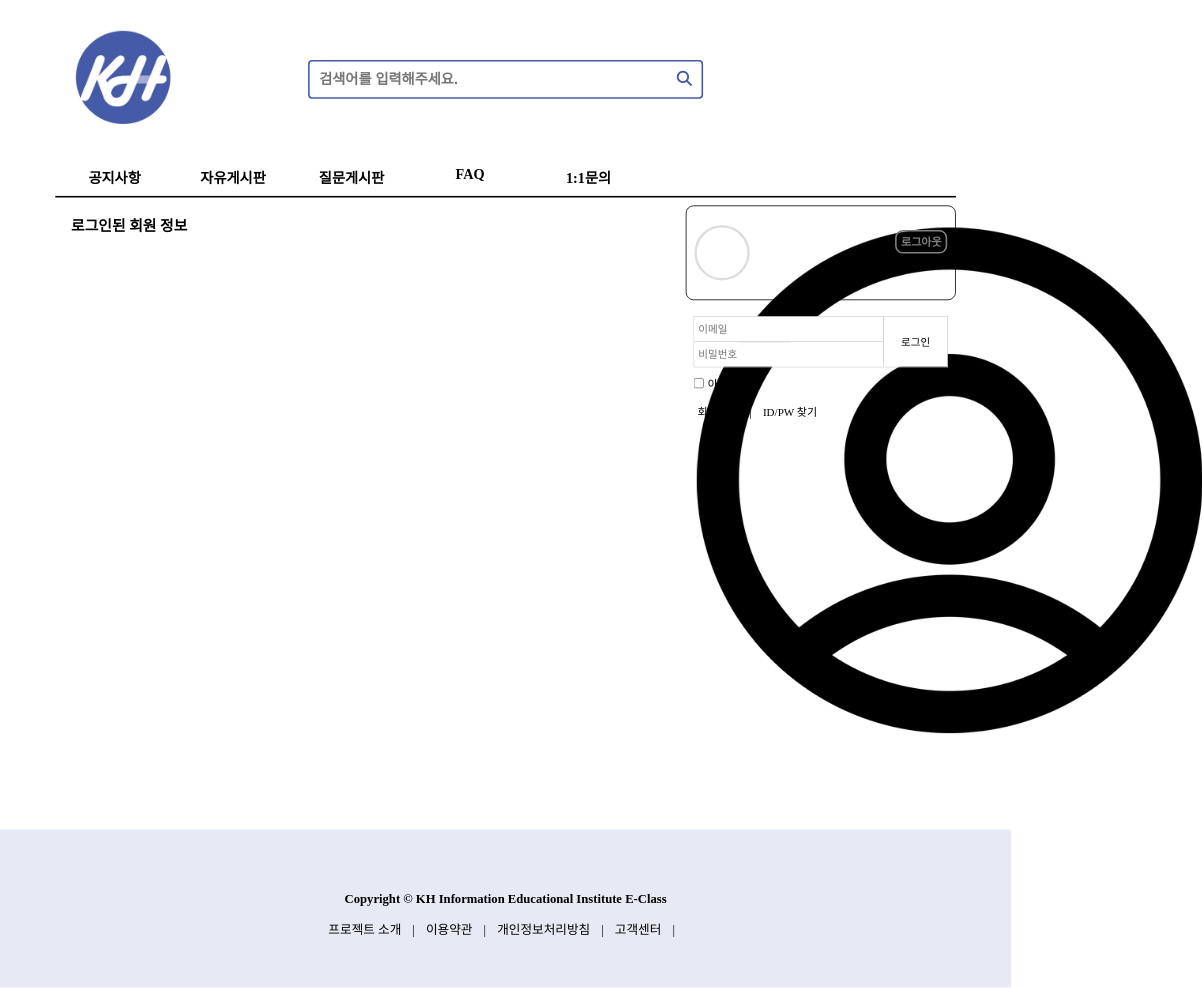
Repository: ahnjaeyoun/6_Server
Page: http://localhost/boardProject/
An editor plug-in stored every save of this project. The page is shown before and after the next save, followed by the edit.
The browser window is 1280 px wide. The page is 1522 px wide, then 1280 px, so the pictures cover 1522 px, including what lies to the right of the window. The pictures show the whole page, at 79% of full size.
Some web libraries are served in a nearby version. The page is served by Tomcat 9. Other server files are loaded and not shown.

Above is the page before, as saved 2023-09-21 08:00:06.

### boardProject/src/main/webapp/index.jsp
<%@ page language="java" contentType="text/html; charset=UTF-8"
    pageEncoding="UTF-8"%>

<%@ taglib prefix="c" uri="http://java.sun.com/jsp/jstl/core"%>
<!DOCTYPE html>
<html>
<head>
	<meta charset="UTF-8">
	<title>Insert title here</title>

	<link rel="stylesheet" href="/resources/css/main-style.css">

	<script src="https://kit.fontawesome.com/27d1f811dc.js" crossorigin="anonymous"></script>
</head>
<body>
	<main>


        <%--header.jsp 추가 --%>

        <%--
        	<jsp:include page="jsp파일경로" />

        	- jsp 파일 경로는 webapp 폴더 기준으로 작성
        	- JSP 액션 태그(jsp에 기본 내장됨)
        	- 다른 jsp 파일의 코드를 현재 위치에 추가

         --%>

         <jsp:include page="/WEB-INF/views/common/header.jsp" />

        <section class="content">
            <section class="content-1">

            	<h3>로그인된 회원 정보</h3>




            </section>

            <!-- 아이디/비밀번호/로그인버튼 영역 -->
            <section class="content-2">

            	<c:choose>

            		<%--로그인이 안되어있을 때 --%>
            		<c:when test="">

            			<form action="/member/login" method="post" name="login-form" id="loginFrm">

                    <fieldset class="id-pw-area">
                        <section>
                            <input type="text" name="inputEmail" placeholder="이메일">
                            <input type="password" name="inputPw" placeholder="비밀번호">
                        </section>

                        <section>
                            <button>로그인</button>
                        </section>
                    </fieldset>

                    <label>
                        <input type="checkbox" name="saveId"> 아이디 저장
                    </label>

                    <!-- 회원가입 / ID/PW 찾기 영역 -->
                    <section class="signup-find-area">
                        <a href="#">회원가입</a>
                        <span>|</span>
                        <a href="#">ID/PW 찾기</a>
                    </section>
                </form>
            		</c:when>
            		<c:otherwise>
            			<article class="login-area">
            				<a href="#">
            					<img src="/resources/images/user.png">
            				</a>

            				<div class="my-info">
            					<div>
            						<a href="#" id="nickname"></a>
            						<a href="#" id="logoutBtn">로그아웃</a>
            					</div>

            					<P></P>
            				</div>

            			</article>
            		</c:otherwise>
            	</c:choose>




            	<%-- 로그인이 안되어있을 때 --%>
                <form action="#" name="login-form" id="loginFrm">

                    <fieldset class="id-pw-area">
                        <section>
                            <input type="text" name="inputEmail" placeholder="이메일">
                            <input type="password" name="inputPw" placeholder="비밀번호">
                        </section>

                        <section>
                            <button>로그인</button>
                        </section>
                    </fieldset>

                    <label>
                        <input type="checkbox" name="saveId"> 아이디 저장
                    </label>

                    <!-- 회원가입 / ID/PW 찾기 영역 -->
                    <section class="signup-find-area">
                        <a href="#">회원가입</a>
                        <span>|</span>
                        <a href="#">ID/PW 찾기</a>
                    </section>
                </form>

            </section>

        </section>

     </main>

     <jsp:include page="/WEB-INF/views/common/footer.jsp" />



</body>
</html>

### boardProject/src/main/webapp/WEB-INF/views/common/header.jsp
<%@ page language="java" contentType="text/html; charset=UTF-8"
    pageEncoding="UTF-8"%>

	<header>

            <!-- 클릭 시 메인페이지로 이동하는 로고 -->
            <section>
                <a href="/">
                    <img src="/resources/images/logo.jpg" id="homeLogo">
                </a>
            </section>

            <!-- 검색창 부분 -->
            <section>
                <section class="search-area">
                    <!-- form 내부 input 태그 값을 서버 또는 페이지로 전달 -->
                    <form action="#" name="search-form">

                        <!-- fieldset : form 내부에서 input을 종류별로 묶는 요도로 자주 사용 -->
                        <fieldset>

                            <!-- search : 텍스트 타입과 기능적으로는 똑같으나,
                                브라우저에 의해 다르게 표현될 수 있음. -->
                            <!-- autocomplete : HTML 기본 자동완선 사용 X -->
                            <input type="search" id="query" name="query"
                                autocomplete="off" placeholder="검색어를 입력해주세요."
                            >

                            <button id="searchBtn" class="fa-solid fa-magnifying-glass"></button>

                        </fieldset>

                    </form>

            </section>

            <section></section>
        </header>

        <nav>
            <ul>
                <li><a href="#">공지사항</a></li>
                <li><a href="#">자유게시판</a></li>
                <li><a href="#">질문게시판</a></li>
                <li><a href="#">FAQ</a></li>
                <li><a href="#">1:1문의</a></li>
            </ul>
        </nav>
</body>
</html>

### boardProject/src/main/webapp/WEB-INF/views/common/footer.jsp
<%@ page language="java" contentType="text/html; charset=UTF-8"
    pageEncoding="UTF-8"%>

<footer>
        <p>Copyright &copy; KH Information Educational Institute E-Class</p>

        <section>
            <a href="#">프로젝트 소개</a>
            <span>|</span>
            <a href="#">이용약관</a>
            <span>|</span>
            <a href="#">개인정보처리방침</a>
            <span>|</span>
            <a href="#">고객센터</a>
            <span>|</span>
        </section>
     </footer>

### boardProject/src/main/webapp/resources/css/main-style.css
* {
    box-sizing: border-box;
    padding: 0;
    margin: 0;
}

/* div, main, section, header, footer, article, nav, aside, form
{ border : 1px solid black; }  */
/* 다 만들고 삭제 */


main{
    width: 1140px;
    margin : auto;

    /* min-height : 요소의 최소 높이
            -> 내부 요소가 없어도 최소 높이 유지
            -> 내부 요소가 지정된 크기를 초과하면
                그에 맞에 늘어남
    */
    min-height: 500px;
}

/* header */
header{
    height: 200px;
    display: flex;
    flex-direction: row;
}

header > section:nth-child(1){ width: 15%;}
header > section:nth-child(2){ width: 70%;}
header > section:nth-child(3){ width: 15%; }


/* 로고 */
header > section:first-child{
    display: flex;
    justify-content: center;
    align-items: center;
}

#homeLogo{
    width: 120px;
    height: auto; /* 이미지 기본 비율에 맞게 자동 지정 */
}


/* 검색 영역 */
header > section:nth-child(2){
    display: flex;
    justify-content: center;
    align-items: center;
}

.search-area{
    width: 500px;
}

.search-area fieldset{
    border: 2px solid #455ba8;
    padding : 2px;
    border-radius: 5px;
    display: flex;
}

/* 검색 창 */
#query{
    border : none; /* 테두리 없애기 */
    /* outline :
        포커스가 맞춰진 input의 테두리 */
    /* outline : none; */
    outline : 0;
    font-size: 18px;
    font-weight: bold;
    padding : 10px;

    width: 92%;
}

/* 검색 버튼 */
#searchBtn{
    width: 8%;
    cursor: pointer;
    border : none;

    font-size: 1.2em;
    color : #455ba8;
    background-color: white;
}



/* nav */
nav{
    height: 50px;
    position: sticky;
    /* 화면 밖으로 벗어났을 때
        지정된 위치에 고정*/

    top : 0; /* 최상단에 붙임 */

    background-color: white;
    border-bottom: 2px solid black;
    z-index: 1000;
}

nav > ul{
    display: flex;

    /* li 태그 앞에 기호 삭제 */
    list-style: none;
    height: 100%;
}


nav li{
    flex : 0 1 150px;
        /* grow shrink basis */
}

nav a{
    text-decoration: none;
    color : black;
    font-size: 18px;
    font-weight: bold;
    padding : 11px 0;
    display: block;
    text-align: center;

    border-radius: 5px;
    transition-duration: 0.1s;
    height: 100%;
}


nav a:hover{
    color : white;
    background-color: #455ba8;
}




/* content */
.content{
    height: 800px;
    display: flex;

    /* flex 지정 시 기본값 */
    flex-direction: row;
    justify-content: flex-start;
    /* flex-start : flex요소에만 사용 가능한 정렬 방식 */
    /* start : block요소, flex, grid 등에서도 적용 가능한 정렬 방식 */
    align-items: stretch;
}

.content-1{
    flex-basis: 70%;
    padding : 20px;
}
.content-2{ flex-basis: 30%;}

.content-1 > *{
    margin-bottom: 20px;
}

.content-1 > pre{
    font-size: 1rem;
    font-family: '고딕';
}

/* 로그인 영역 */
.content-2 > form{
    height: 150px;
    padding : 10px;
    margin-top : 10px;

    display: flex;

    flex-direction: column;
    justify-content: center;
}

.id-pw-area{
    border: 1px solid #ccc;
    display: flex;

    /* 중심축 방향 크기 지정 */
    flex-basis: 60%;
}

/* id/pw 입력 영역*/
.id-pw-area > section:first-child{
    width: 75%;
    display: flex;
    flex-direction: column;
}

.id-pw-area > section:first-child > input{
    border : 0;
    border-right : 1px solid #ccc;
    flex-basis: 50%;
    outline: none;
    padding: 5px;
}

/* id input 태그 */
input[name='inputEmail']{
    border-bottom : 1px solid #ccc !important;
}

/* id/pw에 초점이 맞춰졌을 때 */
.id-pw-area > section:first-child > input:focus{
    border: 2px solid #455ba8 !important;
}


/* 로그인 버튼 영역 */
.id-pw-area > section:last-child{
    width: 25%;
    display: flex;
    justify-content: center;
}

/* 로그인 버튼 */
.id-pw-area > section:last-child > button{
    width: 100%;
    background-color: white;
    cursor: pointer;
    border : none;
}

/* 로그인 버튼에 마우스가 올라갔을 때 */
.id-pw-area > section:last-child > button:hover{
    background-color: #455ba8;
    color: white;
}

/* 아이디 저장 label */
.content-2 label{
    margin-top: 5px;
    font-size: 14px;
    display: flex;
    padding: 5px 0;
}

input[name='saveId']{
    margin-right: 5px;
}

/* 회원가입, ID/PW 찾기 영역 */
.signup-find-area{
    margin-top: 10px;
    padding-left: 5px;
}

.signup-find-area > a{
    color : black;
    text-decoration: none;
    font-size: 14px;
}

.signup-find-area > span{
    padding: 0 10px;
}




/* footer */
footer{
    height: 200px;
    background-color: #a3add342;
    display: flex;
    flex-direction: column;
    justify-content: center;
    align-items: center;
}

footer > p{
    font-weight: bold;
    margin : 16px 0;
}

footer > article > *{
    font-size: 14px;
}

footer a{
    color:black;
    text-decoration: none;
}

footer span{
    padding : 0 10px;
}


/* ---------------------------------------------------------------------------- */

/* 로그인 성공 시 화면 */
.login-area{
    height: 120px;
    padding: 30px 10px;
    margin: 10px 0;
    border: 1px solid black;
    border-radius: 10px;
    display: flex;
    align-items: center;
}

/* 프로필 이미지 */
#memberProfile{
    width: 64px;
    height: 64px;
    border-radius: 50%;
}


/* 프로필 이미지를 감싸고 있는 a태그 */
.login-area > a{
    display: block;
    width: 70px;
    height: 70px;
    border: 3px solid #ddd;
    border-radius: 50%;
}

/* 회원 정보 + 로그아웃 버튼 영역 설정 */

.my-info{
    width: 100%;
    height: 100%;
    margin-left: 20px;
}

.my-info > div{
    display: flex;
    justify-content: space-between;
}

a{
    text-decoration: none;
    color : black;
}

/* 닉네임 */
#nickname{
    color : black;
    font-size: 20px;
    font-weight: bold;
    letter-spacing: -3px;
}

/* 로그아웃 버튼 */
#logoutBtn{
    color : gray;
    font-size: 14px;
    font-weight: bold;

    border: 2px solid gray;
    padding : 3px 5px;
    border-radius: 10px;
}

#logoutBtn:hover{
    color : white;
    background-color: gray;
}

#logoutBtn:active{
    transform: scale(0.8);
}

/* 내정보 - 이메일 */
.my-info > p{
    margin: 0;
    color : gray;
}


/**********************************/

/* 검색결과 */

.search-page {
	padding : 50px;
	min-height: 1000px;
}

.search-div {
	margin-top: 20px;
	border: 1px solid black;
	border-radius: 20px;
	padding : 20px;
}


.sign-form {
    margin-top: 20px;

}

.sign-form input {
    margin-bottom: 20px;

}

After the next save:
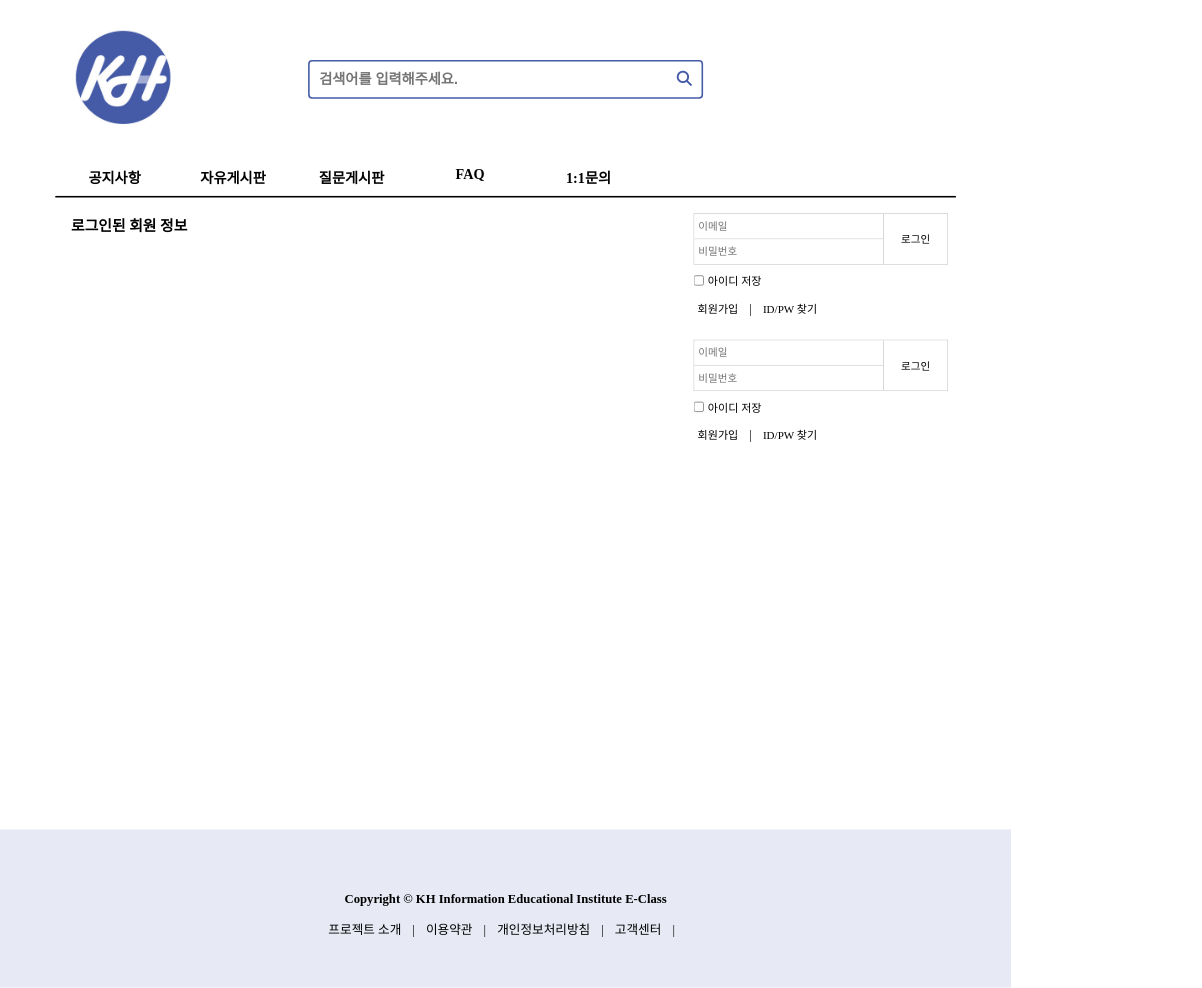
Saved 35 s later.
--- a/boardProject/src/main/webapp/index.jsp
+++ b/boardProject/src/main/webapp/index.jsp
@@ -45,7 +45,7 @@
             	<c:choose>
 
             		<%--로그인이 안되어있을 때 --%>
-            		<c:when test="">
+            		<c:when test="${true}">
 
             			<form action="/member/login" method="post" name="login-form" id="loginFrm">
 
